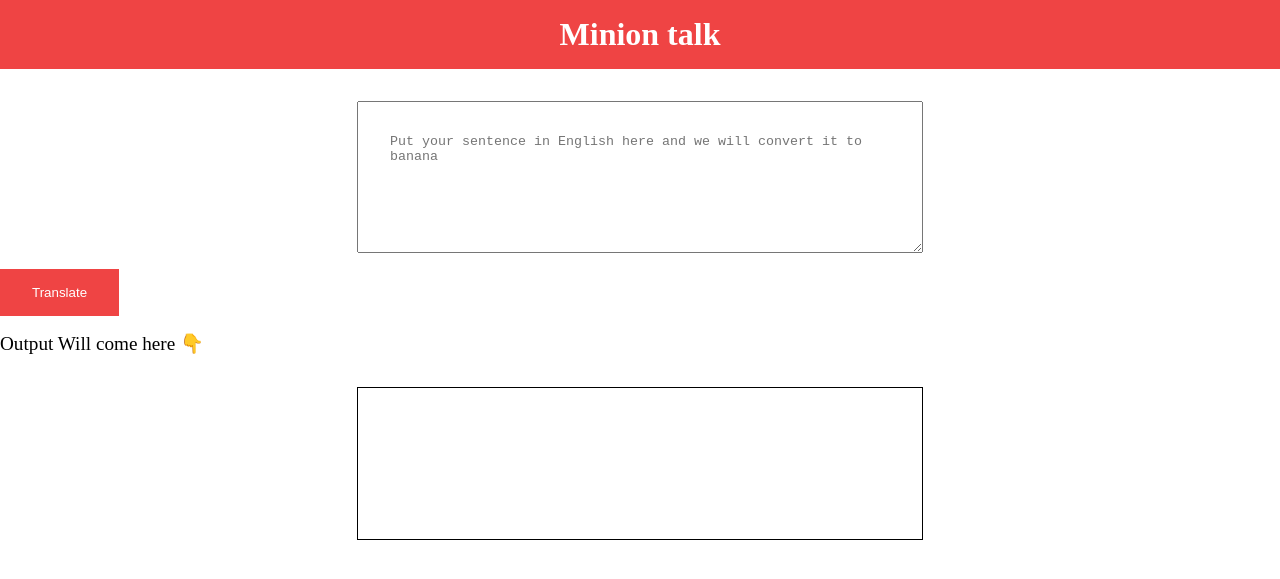
Repository: sohan2503001/Avator-speak
Page: index.html
The author's editor kept a copy of each file at every save. The page is drawn from the files as they stood at one save, then again after a run of saves.
The browser window is 1280 px wide. The pictures show the whole page.

Above is the page before, as saved 2021-04-21 03:52:55.

After the next 2 saves:
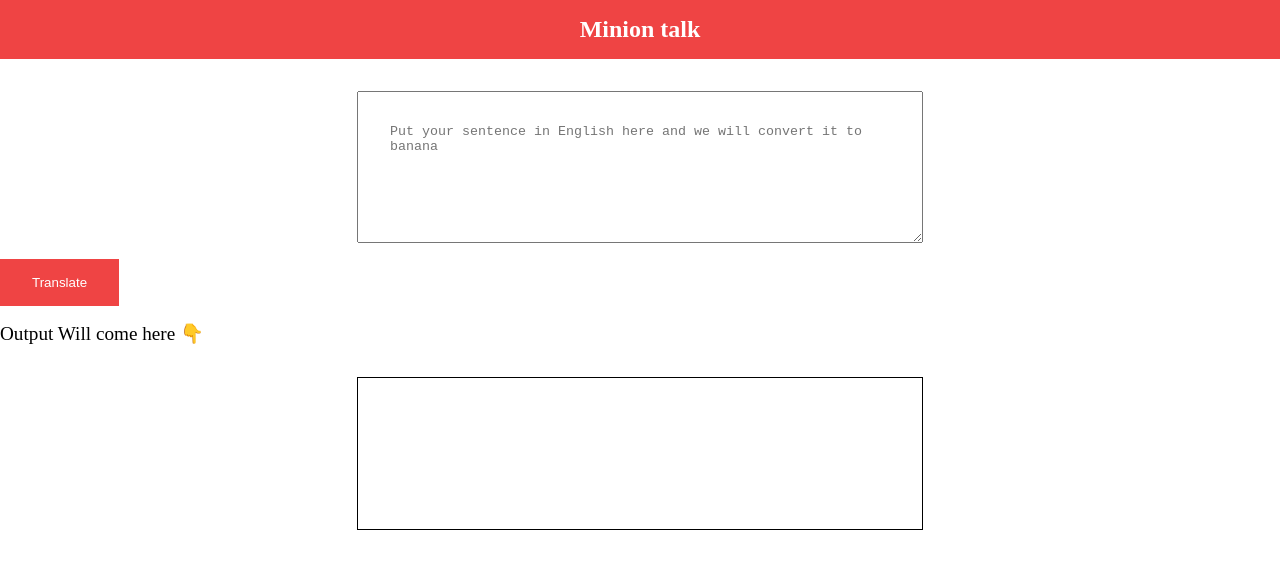
The 2 saves are shown as one change because they came seconds apart.
The last was saved 5 s later.
--- a/index.html
+++ b/index.html
@@ -11,9 +11,9 @@
 
 <body>
     <nav>
+        <h1>Minion talk</h1>
+    </nav>
 
-    </nav>
-    <h1>Minion talk</h1>
     <textarea id="txt-input" placeholder="Put your sentence in English here and we will convert it to banana"></textarea>
     <button id="btn-translate" >Translate</button>
 
